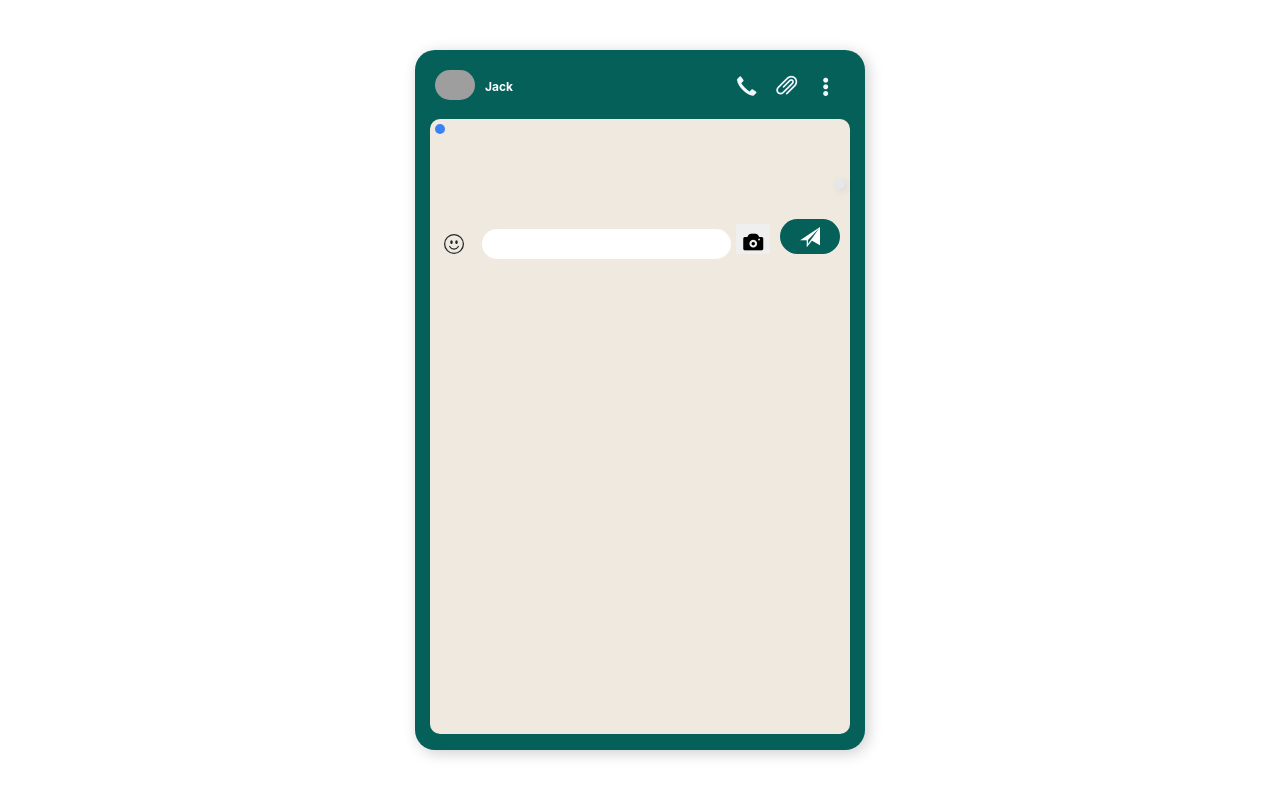
Repository: sibi24sibi/php-mysql-manal-chatbot
Page: http://localhost/
These files come from the project's save history. The page is drawn as it stood at one moment and after the next save; the edit follows.
The browser window is 1280 px wide. The pictures show the whole page.
Pictures or frames that could not be fetched are drawn as grey boxes. The page is run by PHP 8.4 with error messages shown; the project is at /var/www/html/.

Above is the page before, as saved 2023-01-15 14:15:39.

After the next save:
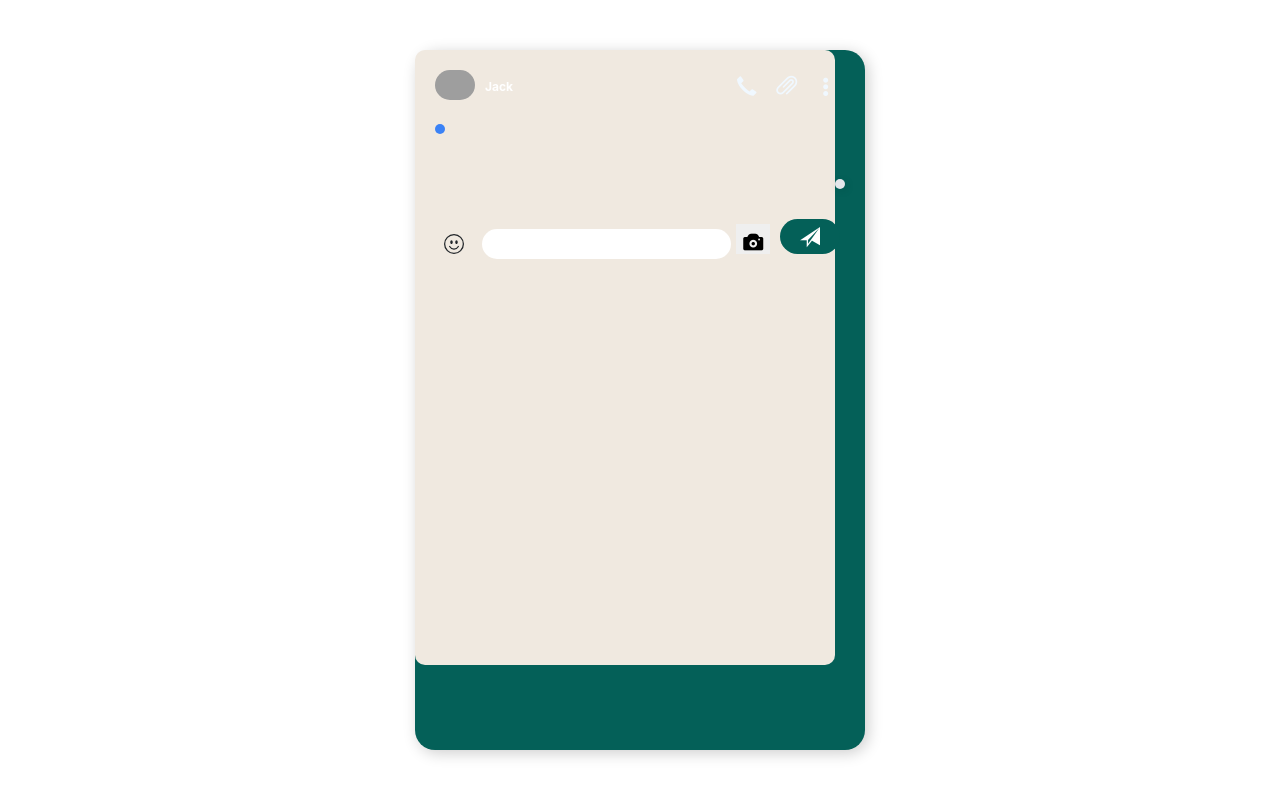
Saved 92 s later.
--- a/index.php
+++ b/index.php
@@ -11,7 +11,10 @@
 </head>
 <body>
     <div class="bot-windows">
-        <div class="bot-window-materail">
+
+            <div class="chat-screen ">
+
+            <div class="bot-window-materail align-items-start">
             <div class="profile d-flex bd-highlight mb-3">
                 <div class="profile-pic p-2 bd-highlight">
                     <img src="https://cdn.statusqueen.com/dpimages/thumbnail/anime_boy_dp-2331.jpg" alt="" srcset="">
@@ -31,12 +34,9 @@
                     </button>
                 </div>
             </div>
-            <div class="chat-screen ">
 
 
-
-
-                <div id="body align-items-start">
+                <div id="body ">
 
                     <div class="userSection">
                     <div class="messages user-message">

After the 2 saves that followed:
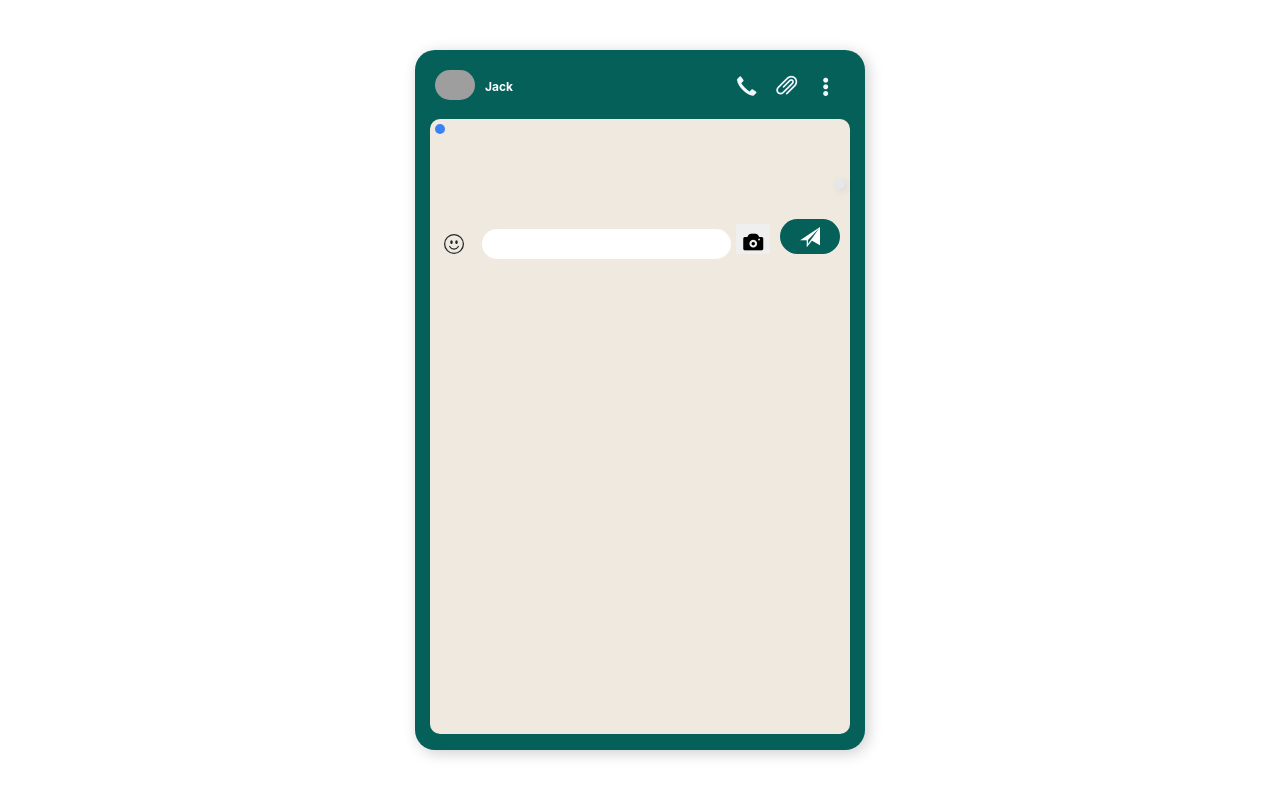
The 2 saves are shown as one change because 1 left the picture as it was.
The last was saved 69 s later.
--- a/index.php
+++ b/index.php
@@ -11,10 +11,7 @@
 </head>
 <body>
     <div class="bot-windows">
-
-            <div class="chat-screen ">
-
-            <div class="bot-window-materail align-items-start">
+        <div class="bot-window-materail">
             <div class="profile d-flex bd-highlight mb-3">
                 <div class="profile-pic p-2 bd-highlight">
                     <img src="https://cdn.statusqueen.com/dpimages/thumbnail/anime_boy_dp-2331.jpg" alt="" srcset="">
@@ -36,7 +33,13 @@
             </div>
 
 
-                <div id="body ">
+
+            <div class="chat-screen ">
+
+
+
+
+                <div id="body align-items-start">
 
                     <div class="userSection">
                     <div class="messages user-message">
--- a/style.css
+++ b/style.css
@@ -91,6 +91,7 @@
 
   .messages {
     max-width: 60%;
+
     margin: .5rem;
     font-size: 1.2rem;
     padding: .5rem;
